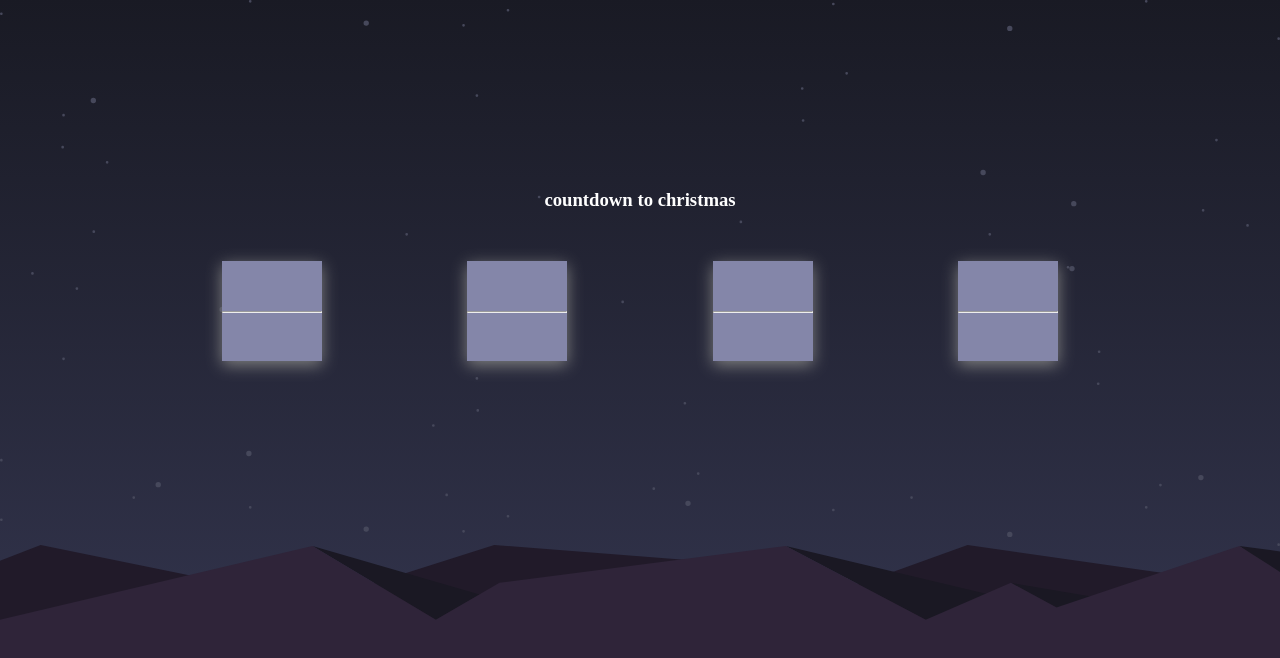
Repository: Eugene44-hub/countdown
Page: index.html
These files come from the project's save history. The page is drawn as it stood at one moment and after the next save; the edit follows.
The browser window is 1280 px wide. The pictures show the whole page.

Above is the page before, as saved 2021-09-12 03:08:49.

### index.html
<!DOCTYPE html>
<html lang="en">

<head>
    <meta charset="UTF-8">
    <meta http-equiv="X-UA-Compatible" content="IE=edge">
    <meta name="viewport" content="width=device-width, initial-scale=1.0">
    <title>Document</title>
    <link rel="stylesheet" href="style.css">
</head>

<body>
    <div class="container">


        <div class="timer ">
            <h3 class="col10">countdown to christmas</h3>
            <div class="card">
                <hr> </div>
            <div class="card">
                <hr>
            </div>
            <div class="card">
                <hr>
            </div>
            <div class="card">
                <hr>
            </div>

        </div>

    </div>
    <script src="app.js"></script>

</body>

</html>

</html>

### style.css
* {
    padding: 0;
    margin: 0;
    box-sizing: border-box;
}

body {
    /* background-color: hsl(235, 16%, 14%); */
    /* background-color: hsl(234, 17%, 12%); */
    background-image: url('images/pattern-hills.svg'), url('images/bg-stars.svg'), linear-gradient( hsl(235, 18%, 12%), hsl(236, 21%, 26%));
    background-position: bottom, top;
    background-repeat: no-repeat, repeat;
    background-size: contain;
    background-attachment: fixed;
}

.container {
    display: flex;
    width: 100%;
    height: 500px;
    flex-wrap: wrap;
    text-align: center;
}

.col10 {
    flex: 100%;
    margin: auto;
}

h3 {
    color: white;
    padding: 50px;
}

.timer {
    margin: auto;
    display: flex;
    flex-wrap: wrap;
    justify-content: space-between;
    padding: 30px;
    width: 70%;
}

.card {
    background-color: hsl(237, 18%, 59%);
    padding: 20px;
    width: 100px;
    height: 100px;
    position: relative;
    overflow: hidden;
    box-shadow: 0 4px 15px grey;
}

hr {
    position: absolute;
    width: 100%;
    top: 50%;
    left: 0%;
}


/* timer color  hsl(345, 95%, 68%)
timer card color hsl(237, 18%, 59%)
* /

### app.js
const proposed = new Date('2021-12-25');
const current = new Date();

const proArr = [proposed.getHours(), proposed.getMinutes(), proposed.getSeconds(), proposed.getDay(), proposed.getMonth()]
console.log('proposed days:' + (((proArr.at(-1) * 31) - 7) + proposed.getDate()));
console.log('current days:' + (((current.getMonth() * 31) - 5) + current.getDate()));

console.log((((proArr.at(-1) * 31) - 7) + proposed.getDate()) - (((current.getMonth() * 31) - 5) + current.getDate()) + 'days to christmas');

console.log('hours:' + (24 - current.getHours()));
console.log('minutes:' + (60 - current.getMinutes()));
console.log('hours:' + (60 - current.getSeconds()));

// let cal = proposed. - current;
// console.log(proposed);
// console.log(current.getDate());
// console.log(proArr.at(-1) + 1);
// let another = new Date(cal);
// console.log(another)
//359-253 propsed day - current day(mth*31-7) for september minus 6

After the next save:
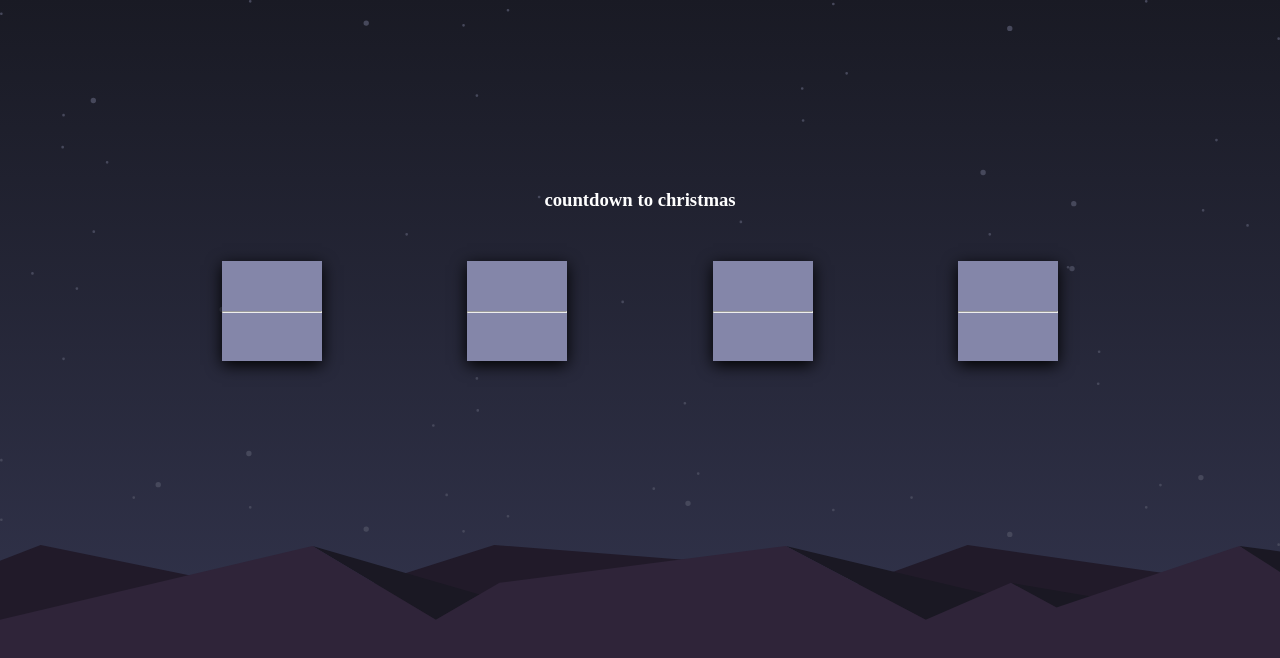
Saved 8 s later.
--- a/style.css
+++ b/style.css
@@ -48,7 +48,7 @@ h3 {
     height: 100px;
     position: relative;
     overflow: hidden;
-    box-shadow: 0 4px 15px grey;
+    box-shadow: 0 4px 15px black;
 }
 
 hr {
